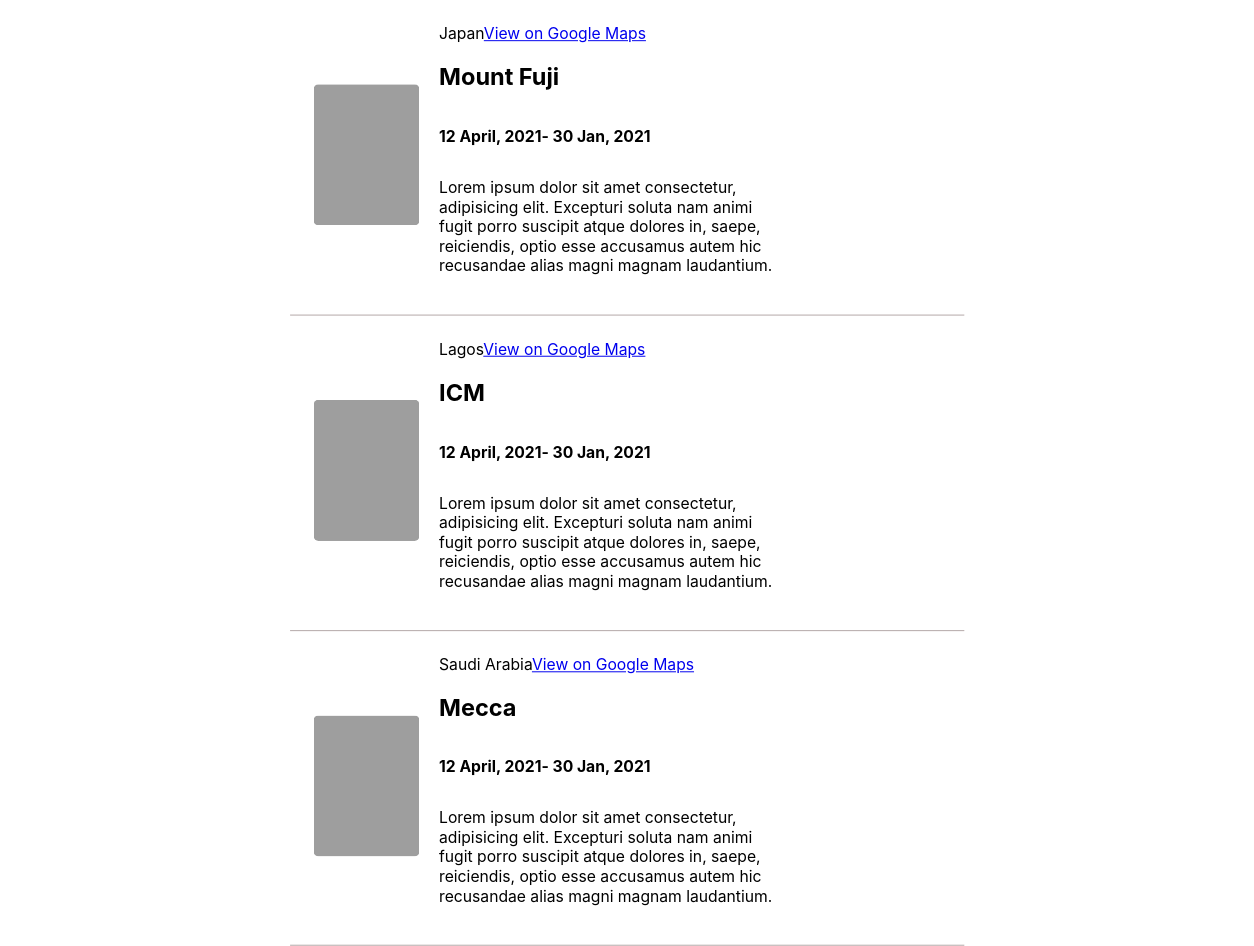
Repository: BuduCE/travel-journal
Page: /
These files come from the project's save history. The page is drawn as it stood at one moment and after the next save; the edit follows.
The browser window is 1280 px wide. The pictures show the whole page, at 98% of full size.
Pictures or frames that could not be fetched are drawn as grey boxes. The project was rebuilt for these pictures with package versions that can differ from the ones it lists, and the page was loaded fresh each time. Also part of the build but not shown: src/components/Home/styles.css, src/components/Home/index.jsx.

Above is the page before, as saved 2022-08-25 12:35:17.

After the next save:
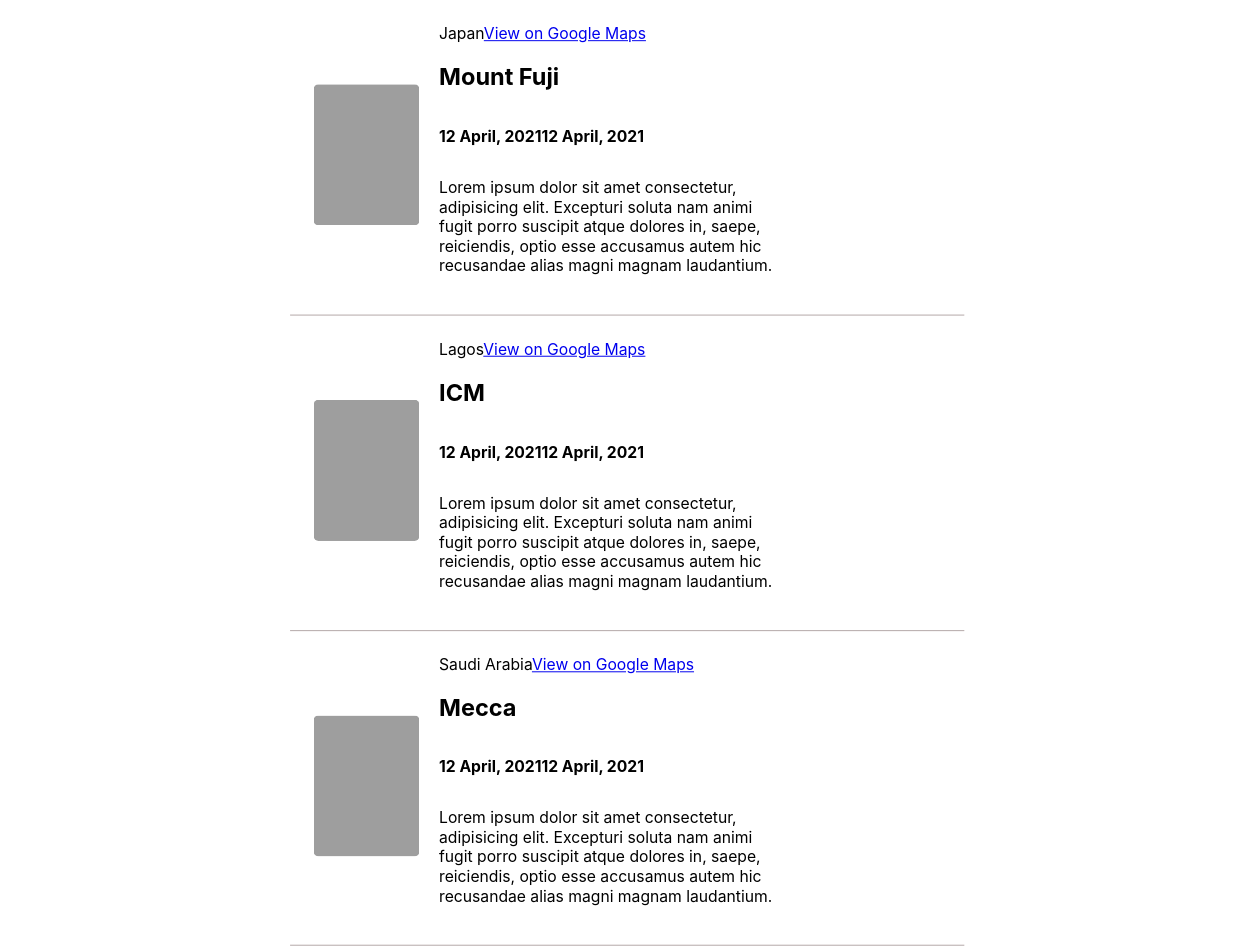
Saved 2 min 32 s later.
--- a/src/components/Tour/index.jsx
+++ b/src/components/Tour/index.jsx
@@ -20,7 +20,7 @@
         <h2>{props.title}</h2>
         <div className="tour-data">
           <p><b>{props.startDate}</b></p>
-          <p><b>- 30 Jan, 2021</b></p>
+          <p><b>{props.startDate}</b></p>
         </div>
 
         <p className='tour-desc'>
